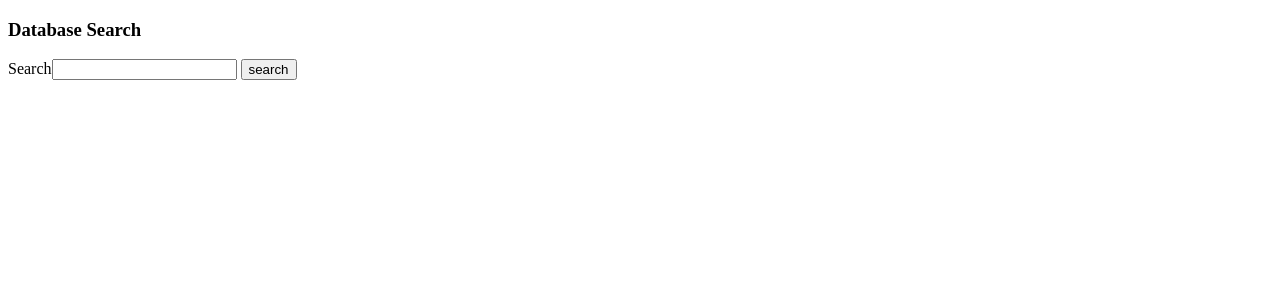
Repository: mxd369/webprogramming2
Page: project2/WebContent/WEB-INF/movie.html
The author's editor kept a copy of each file at every save. The page is drawn from the files as they stood at one save, then again after the next save.
The browser window is 1280 px wide. The pictures show the whole page.

Above is the page before, as saved 2017-02-21 01:42:45.

After the next save:
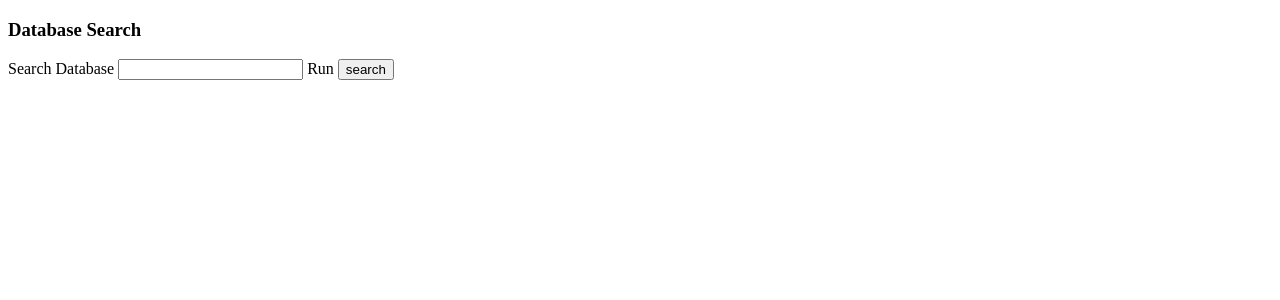
Saved 15 h 56 min later.
--- a/project2/WebContent/WEB-INF/movie.html
+++ b/project2/WebContent/WEB-INF/movie.html
@@ -9,8 +9,8 @@
 <h3>Database Search</h3>
 	<form action=project2>
 
-	Search<input type="text" name ="password"/>
-		<input type="submit" value="search"/>
+	Search Database <input type="text" name ="password"/>
+	Run <input type="submit" value="search"/>
 		</form>
 
 </body>
